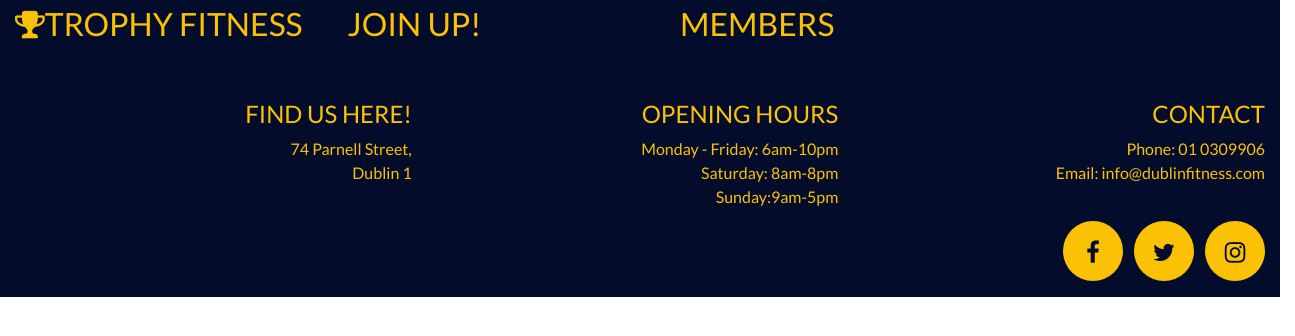
Repository: Code-Institute-Submissions/conbonbom-Milestone-project-1
Page: index.html
The author's editor kept a record of every edit. The page is drawn from the files as they stood at one moment, then again after the next edit.
The browser window is 1280 px wide. The page is 1295 px wide, so the pictures cover 1295 px, including what lies to the right of the window. The pictures show the whole page.

Above is the page before.

### index.html
<!DOCTYPE html>
<html lang="en">

<head>
    <meta charset="UTF-8">
    <meta name="viewport" content="width=device-width, initial-scale=1.0">
    <meta http-equiv="X-UA-Compatible" content="ie=edge">
    <link rel="stylesheet" href="https://stackpath.bootstrapcdn.com/bootstrap/4.3.1/css/bootstrap.min.css" type="text/css" />
    <link rel="stylesheet" href="https://stackpath.bootstrapcdn.com/font-awesome/4.7.0/css/font-awesome.min.css" type="text/css" />
    <link rel="stylesheet" href="Assets/style.css" type="text/css" />
    <title>Document</title>
</head>

<body>
    <header>
        <div class="row ">
            <div class="col">
                <ul class="list-inline uppercase">
                    <li class="col-8 col-sm-3 list-inline-item nav-item">
                        <a href="#"><i class="fa fa-trophy"></i>Trophy Fitness
                     </a>
                    </li>
                    <li class="col-sm-3 list-inline-item nav-item">
                        <a href="#">
                        Join up!
                        </a>
                    </li>
                    <li class="col-sm-3 list-inline-item nav-item">
                        <a href="#">
                        Members
                        </a>
                    </li>
            </div>
        </div>
    </header>
    <section>

    </section>
    <footer class="container-fluid">
        <div class="row">
            <div class="footer-section col-sm-4">
                <h4 class="uppercase">Find us here!</h3>
                    <p>74 Parnell Street,<br/>Dublin 1</p>
            </div>
            <div class="footer-section col-sm-4">
                <h4 class="uppercase general-sub">Opening Hours</h3>
                    <p>Monday - Friday: 6am-10pm <br/> Saturday: 8am-8pm<br/> Sunday:9am-5pm
                    </p>
            </div>
            <div class="footer-section col-sm-4">
                <h4 class="uppercase">Contact</h3>
                    <p>Phone: 01 0309906 <br/> Email: info@dublinfitness.com
                        <ul class="list-inline social">
                            <li class="list-inline-item">
                                <a target="_blank" href="#">
                         <i class="fa fa-facebook"></i>
                     </a>
                            </li>
                            <li class="list-inline-item">
                                <a target="_blank" href="#">
                         <i class="fa fa-twitter"></i>
                     </a>
                            </li>
                            <li class="list-inline-item">
                                <a target="_blank" href="#">
                         <i class="fa fa-instagram"></i>
                     </a>
                            </li>

                        </ul>
                        <p/>
            </div>
        </div>
    </footer>
</body>

</html>

### Assets/style.css
@import url('https://fonts.googleapis.com/css?family=Lato&display=swap:100, 200, 300, 400, 500, 600, 700');
.uppercase {
    text-transform: uppercase;
}

/*-------------header*/

header {
    background-color: #030d2b;
    height: 100px;
    font-size: 100%;

}

.nav-item a {
    font-family: 'Lato', sans-serif;
    font-size: 2em;
    color: #fac105;
    background-color: #030d2b;
}

.logo {
    font-size: 32px;
    color: white;
}

/*-------------footer*/

footer {
    font-family: 'Lato', sans-serif;
    color: #fac105;
    background-color: #030d2b;
}

.footer-section {
    text-align: right;
    font-weight: 300;

}

.social {
    padding-top: 20px;
}

.social li a i {
    width: 60px;
    height: 60px;
    padding: 24px 0;
    font-size: 24px;
    line-height: 14px;
    border-radius: 50%;
    color: #030d2b;
    background: #fac105;
    text-align: center;
    transition: all 0.5s ease-in-out;
    -moz-transition: all 0.5s ease-in-out;
    -webkit-transition: all 0.5s ease-in-out;
    -o-transition: all 0.5s ease-in-out;
}

.social li a i:hover {
    color: #fac105;
    background: #030d2b;
}

After the next edit:
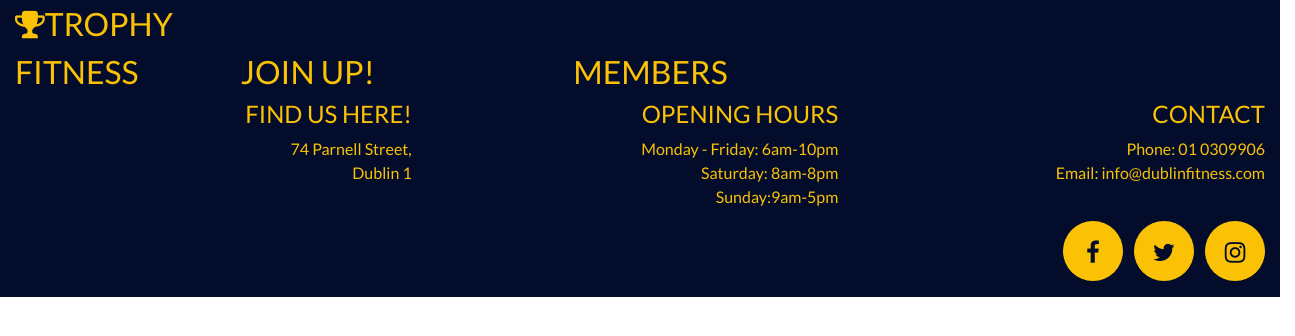
The edit:
--- a/index.html
+++ b/index.html
@@ -16,7 +16,7 @@
         <div class="row ">
             <div class="col">
                 <ul class="list-inline uppercase">
-                    <li class="col-8 col-sm-3 list-inline-item nav-item">
+                    <li class="col-sm-2 list-inline-item nav-item">
                         <a href="#"><i class="fa fa-trophy"></i>Trophy Fitness
                      </a>
                     </li>
